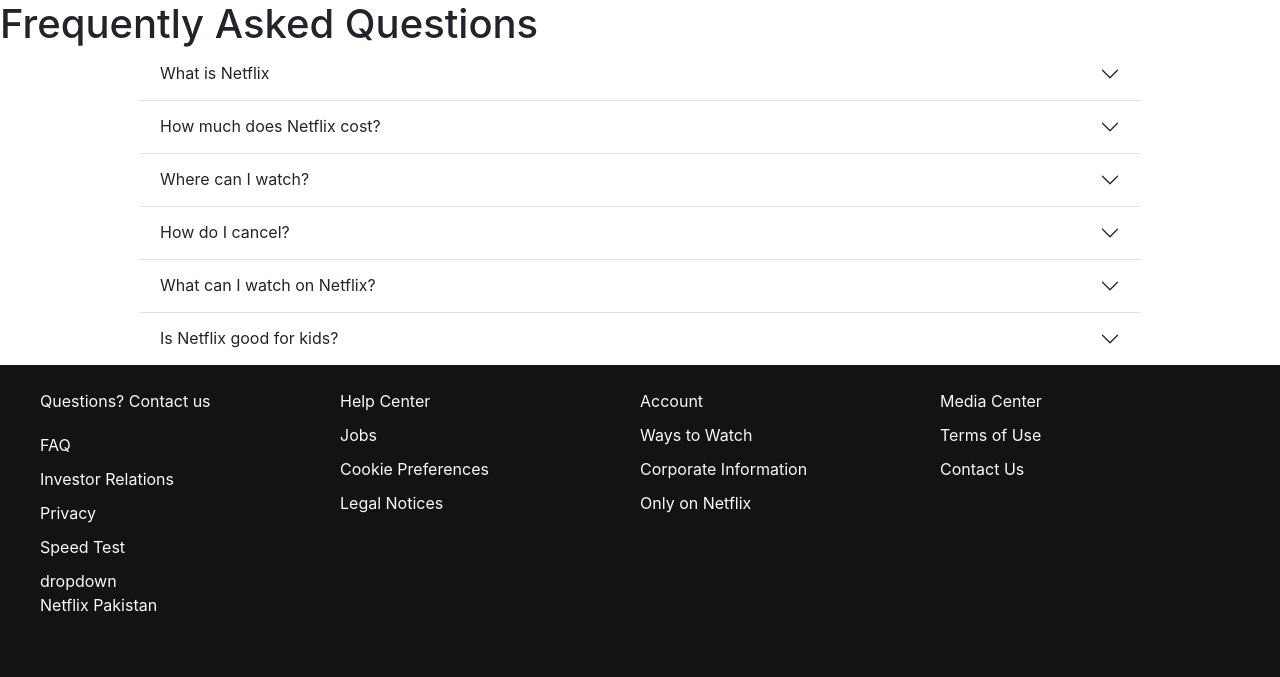
Repository: WajihaGul/Netflix-Clone
Page: /
An editor plug-in stored every save of this project. The page is shown before and after the next save, followed by the edit.
The browser window is 1280 px wide. The pictures show the part of the page from y = 621 to 1424 px (the page is 1298 px tall before and 1424 px after).
The project was rebuilt for these pictures with package versions that can differ from the ones it lists, and the page was loaded fresh each time. Also part of the build but not shown: src/App.css.

Above is the page before, as saved 2024-05-24 15:17:18.

After the next save:
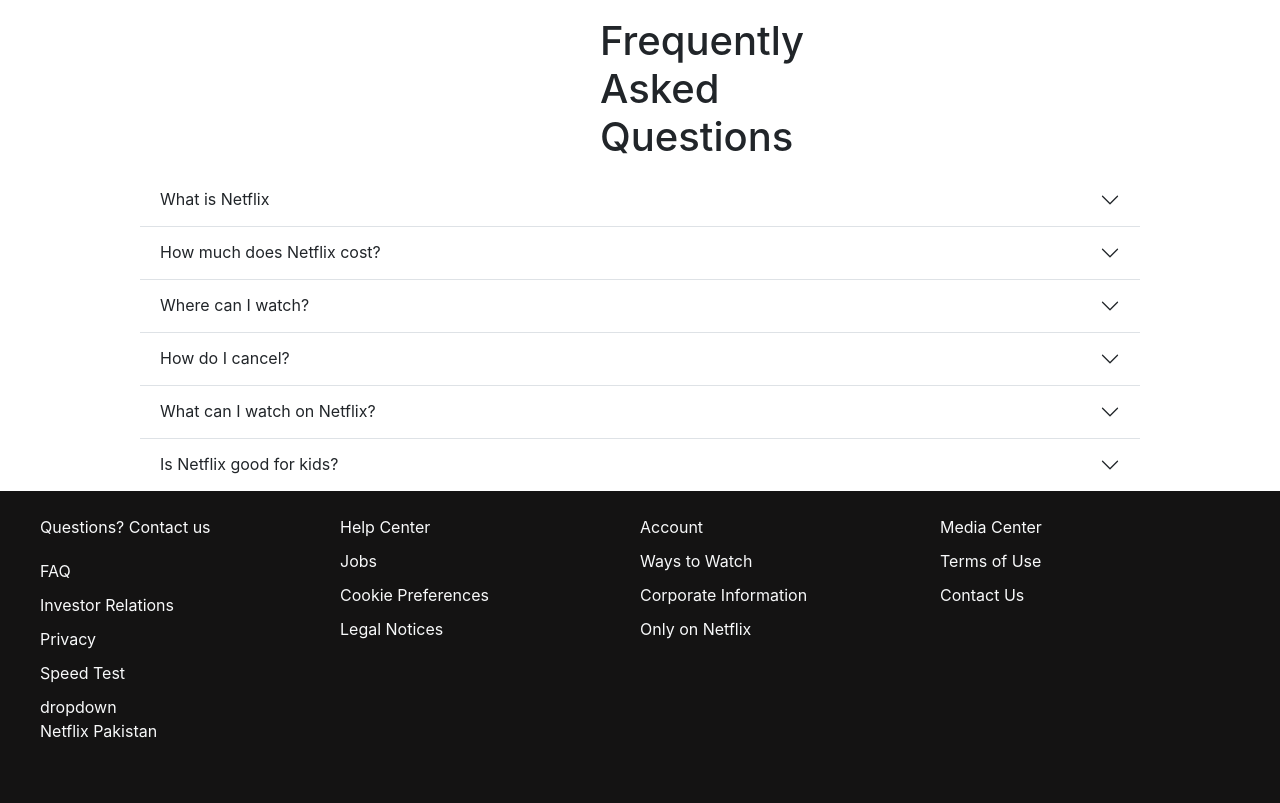
Saved 109 s later.
--- a/src/Components/FAQs/FAQs.module.css
+++ b/src/Components/FAQs/FAQs.module.css
@@ -4,5 +4,8 @@
 }
 
 .faqh1{
-   margin: 0 auto;
+   padding-left: 600px;
+   padding-right: 600px;
+   padding-bottom: 5px;
+   padding-top: 17px;
 }
